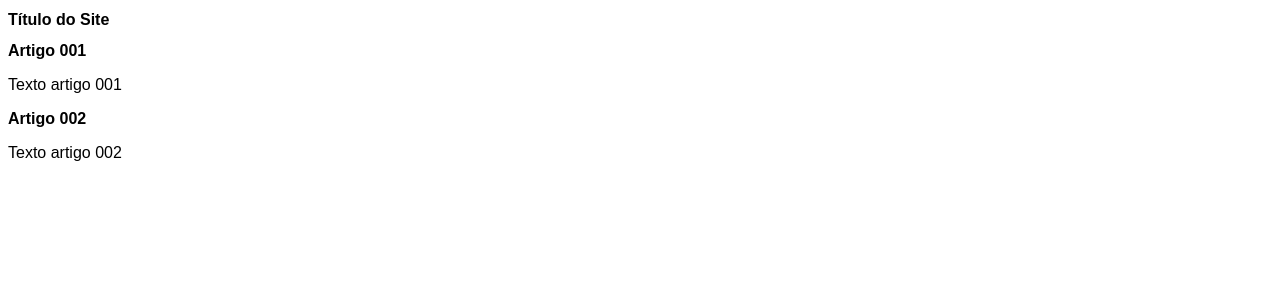
Repository: hbrunobrito/projeto-site
Page: index.html
The author's editor kept a copy of each file at every save. The page is drawn from the files as they stood at one save, then again after the next save.
The browser window is 1280 px wide. The pictures show the whole page.

Above is the page before, as saved 2024-03-29 09:06:36.

### index.html
<!DOCTYPE html>
<html lang="pt-br">
<head>
    <meta charset="UTF-8">
    <meta name="viewport" content="width=device-width, initial-scale=1.0">
    <title>Título do Site</title>
    <link rel="stylesheet" href="estilos/style.css">
</head>
<body>
    <main>
        <header>
            <h1>Título do Site</h1>
        </header>
        <article>
            <h2>Artigo 001</h2>
            <p>Texto artigo 001</p>
        </article>
        <article>
            <h2>Artigo 002</h2>
            <p>Texto artigo 002</p>
        </article>
    </main>
</body>
</html>

### estilos/style.css
* {
    font-family: Arial, Helvetica, sans-serif;
    font-size: 16px;
}

body {
    background-color: ;
}

After the next save:
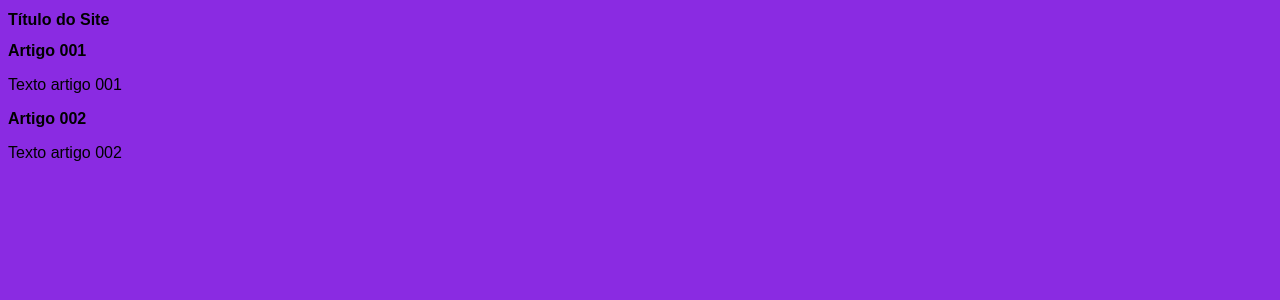
Saved 23 s later.
--- a/estilos/style.css
+++ b/estilos/style.css
@@ -4,5 +4,5 @@
 }
 
 body {
-    background-color: ;
+    background-color: blueviolet;
 }
